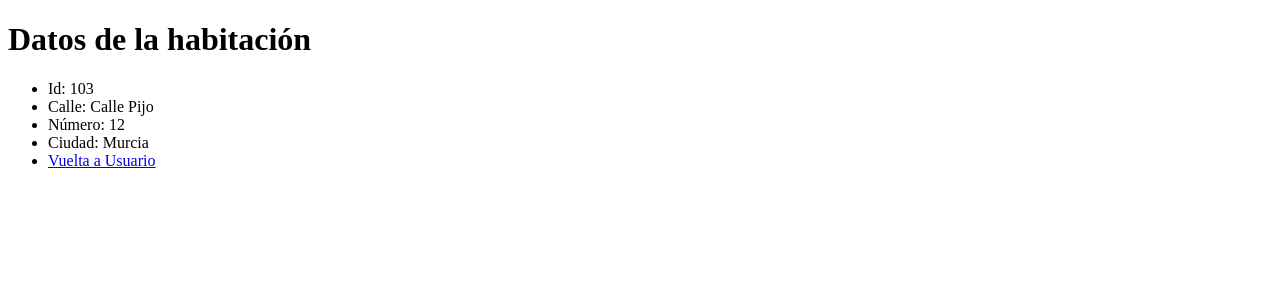
Repository: anagut/java-web
Page: http://localhost/HelloLogin/habitacion?hid=103
An editor plug-in stored every save of this project. The page is shown before and after the next save, followed by the edit.
The browser window is 1280 px wide. The pictures show the whole page.
The page is served by Tomcat 9.

Above is the page before, as saved 2018-11-13 15:55:02.

After the next save:
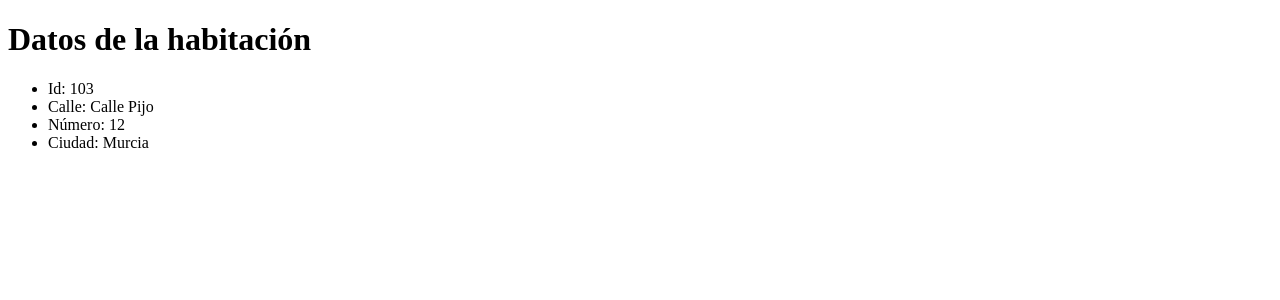
Saved 28 s later.
--- a/HelloLogin/WebContent/habitacion.jsp
+++ b/HelloLogin/WebContent/habitacion.jsp
@@ -13,7 +13,7 @@
 	<li>Calle: ${laHabitacion.calle} </li>
 	<li>Número: ${laHabitacion.num}</li>
 	<li>Ciudad: ${laHabitacion.ciudad} </li>
-	<li><a href="./usuario?id=${unUsuario.id}">Vuelta a Usuario</a></li>
+
 	</ul>
 </body>
 </html>

After the save that followed:
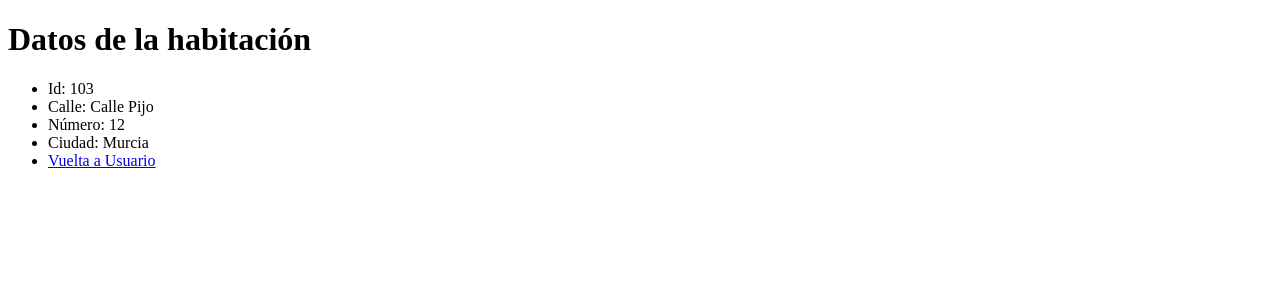
Saved 7 s later.
--- a/HelloLogin/WebContent/habitacion.jsp
+++ b/HelloLogin/WebContent/habitacion.jsp
@@ -13,7 +13,7 @@
 	<li>Calle: ${laHabitacion.calle} </li>
 	<li>Número: ${laHabitacion.num}</li>
 	<li>Ciudad: ${laHabitacion.ciudad} </li>
-
+	<li><a href="./usuario?id=${unUsuario.id}">Vuelta a Usuario</a></li>
 	</ul>
 </body>
 </html>
